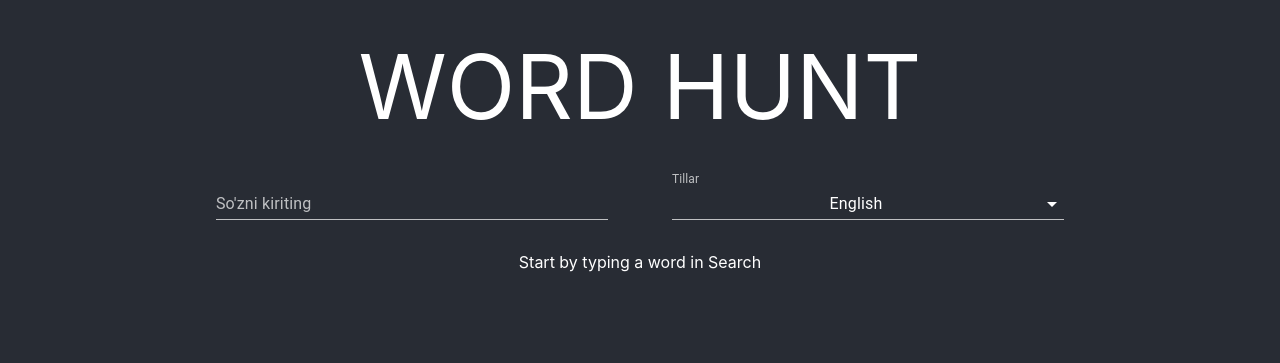
Repository: om1ars/react-translator
Page: /
The author's editor kept a copy of each file at every save. The page is drawn from the files as they stood at one save, then again after a run of saves.
The browser window is 1280 px wide. The pictures show the whole page.
The page's requests for data from a server got no answer. The project was rebuilt for these pictures with package versions that can differ from the ones it lists, and the page was loaded fresh each time. No one was signed in, and anything a server would have sent is missing.

Above is the page before, as saved 2021-10-07 15:26:31.

After the next 7 saves:
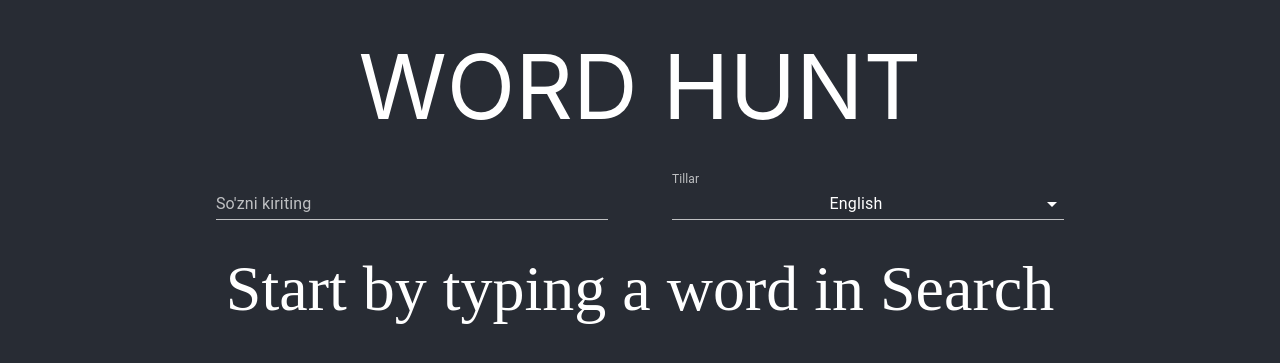
The 7 saves are shown as one change because they came seconds apart.
The last was saved 16 s later.
--- a/src/components/Definitions.css
+++ b/src/components/Definitions.css
@@ -4,5 +4,6 @@
     /* overflow-y: scroll; */
 }
 .subtitle {
-
+    font-size: 5vw;
+    font-family: 'Mo';
 }
